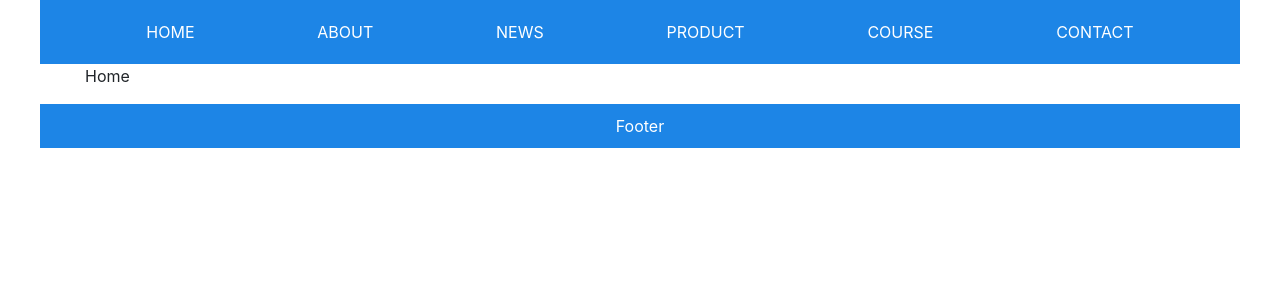
Repository: LmHoangg/php_master_unt
Page: http://localhost/?page=home
These files come from the project's save history. The page is drawn as it stood at one moment and after the next save; the edit follows.
The browser window is 1280 px wide. The pictures show the whole page.
The page is run by PHP 8.4 with error messages shown; the project is at /var/www/html/.

Above is the page before, as saved 2021-11-17 13:36:39.

### index.php
<?php
    // require('data/users.php');
    // require('lib/template.php');
    // get_header();
?>

<?php
    $page = !empty($_GET['page']) ? $_GET['page'] : 'home';
    $path = "pages/{$page}.php";
    if(file_exists($path)){
        require $path;
    }else{
        require 'inc/404.php';
    }
?>
<?php
    // get_footer();
?>

### pages/home.php
<?php
    require 'lib/template.php';
    get_header();
?>
<div id="content">
    <div class="container">
        <div class="row">
            <div class="col-md-12">
                <p>Home</p>
            </div>
        </div>
    </div>
</div>
<?php
    get_footer();
?>

### lib/template.php
<?php
    function get_header(){
        $path_header = 'inc/header.php';
        if(file_exists($path_header)){
            require $path_header;
        }else{
            echo "Not Found Header";
        }

    };
    function get_footer(){
        $path_footer = 'inc/footer.php';
        if(file_exists($path_footer)){
            require $path_footer;
        }else{
            echo "Not Found Footer";
        }
    }
?>

### inc/header.php
<html>

<head>
    <title>Users Manager Basic</title>
    <meta name="viewport" content="width=device-width" />
    <link rel="stylesheet" href="public/css/reset.css" />
    <link rel="stylesheet" href="public/css/bootstrap.min.css" />
    <link rel="stylesheet" href="public/css/style.css" />
</head>


<body>
    <div id="wrapper">
        <div id="header">
            <div class="container">
                <div class="row">
                    <div class="col-md-12">
                        <ul id="main-menu">
                            <li><a href="?page=home">Home</a></li>
                            <li><a href="?page=about">About</a></li>
                            <li><a href="?page=news">News</a></li>
                            <li><a href="?page=product">Product</a></li>
                            <li><a href="?page=course">Course</a></li>
                            <li><a href="?page=contact">Contact</a></li>
                        </ul>
                    </div>

                </div>

            </div>

        </div>
        <!-- end header -->

### inc/footer.php
<div id="footer">
    <div class="container">
        <div class="row">
            <div class="col-md-12">
                <p>Footer</p>
            </div>
        </div>
    </div>
</div>
<!-- end footer -->
</div>
</body>

</html>

### public/css/style.css
#wrapper {
  max-width: 1200px;
  margin: 0 auto;
}
#header,
#footer {
  background-color: rgb(29, 133, 230);
  color: #fff;
  text-align: center;
}
#header ul#main-menu {
  list-style: none;
  display: flex;
  margin: 0;
  justify-content: space-around;
  align-items: center;
  padding: 20px 0;
}
ul#main-menu a {
  color: #fff;
  display: block;
  text-transform: uppercase;
}
#footer p {
  padding: 10px 0;
  margin: 0;
}

Loaded but not shown: public/css/reset.css (common file); public/css/bootstrap.min.css (library)

After the next save:
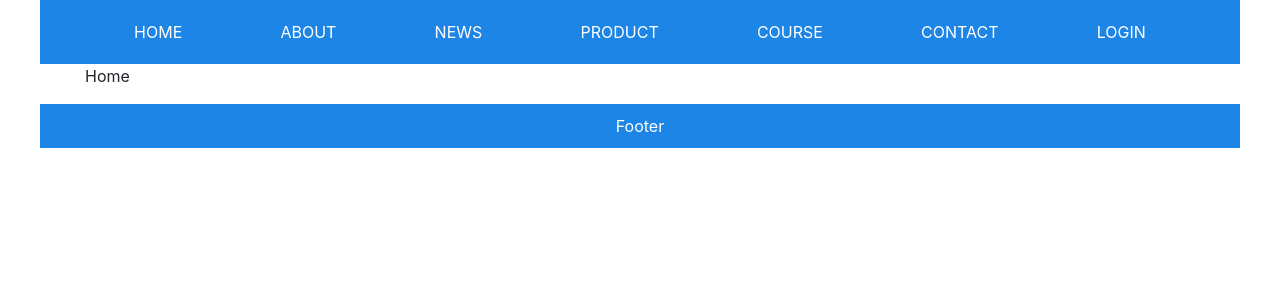
Saved 38 s later.
--- a/inc/header.php
+++ b/inc/header.php
@@ -22,6 +22,7 @@
                             <li><a href="?page=product">Product</a></li>
                             <li><a href="?page=course">Course</a></li>
                             <li><a href="?page=contact">Contact</a></li>
+                            <li><a href="?page=login">Login</a></li>
                         </ul>
                     </div>
 
